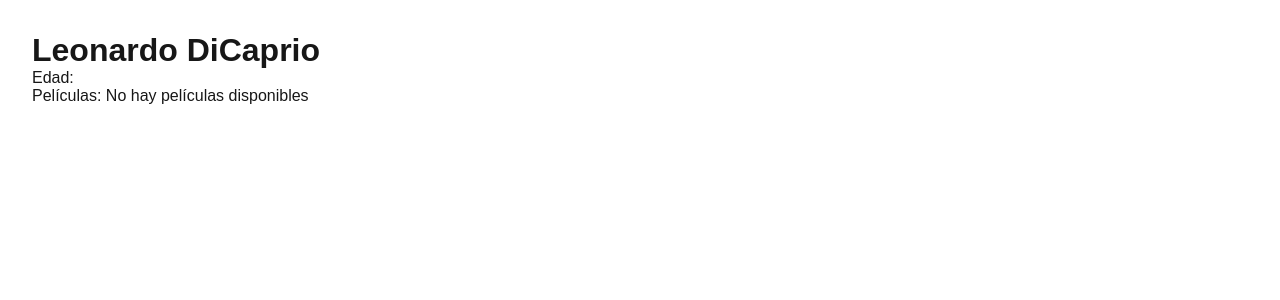
Repository: osoriomrs/ICS_IA
Page: /actors/a1 (app in ejer_11.1/)
These files come from the project's save history. The page is drawn as it stood at one moment and after the next save; the edit follows.
The browser window is 1280 px wide. The pictures show the whole page.
The project was rebuilt for these pictures with package versions that can differ from the ones it lists, and the page was loaded fresh each time. The framework's server and built-in components were replaced by stand-ins that run in the browser. Also part of the build but not shown: ejer_11.1/next.config.mjs.

Above is the page before, as saved 2026-02-04 12:20:49.

### ejer_11.1/app/actors/[actorId]/page.js
import { ACTORS } from '../../../lib/cinema';

export default async function ActorDetailPage({ params }) {
  const { actorId } = await params;

  const actor = ACTORS.find(a => a.id === actorId);

  if (!actor) {
    return <p>Actor no encontrado</p>;
  }

  return (
    <div style={{ padding: '2rem', fontFamily: 'sans-serif' }}>
      <h1>{actor.name}</h1>
      <p>Edad: {actor.age}</p>
      <p>
        Películas:{' '}
        {actor.movies && actor.movies.length > 0
          ? actor.movies.join(', ')
          : 'No hay películas disponibles'}
      </p>
    </div>
  );
}

### ejer_11.1/lib/cinema.js
export const MOVIES = [
  { id: '1', title: 'Inception', year: 2010, director: 'Christopher Nolan', synopsis: 'Un ladrón roba secretos a través de los sueños.' },
  { id: '2', title: 'Matrix', year: 1999, director: 'Lana y Lilly Wachowski', synopsis: 'Un hacker descubre la realidad simulada.' },
]

export const ACTORS = [
  { id: 'a1', name: 'Leonardo DiCaprio', birthYear: 1974, bio: 'Actor estadounidense famoso por Inception.' },
  { id: 'a2', name: 'Keanu Reeves', birthYear: 1964, bio: 'Actor canadiense conocido por Matrix.' },
]

export const ROLES = [
  { movieId: '1', actorId: 'a1', character: 'Dom Cobb' },
  { movieId: '2', actorId: 'a2', character: 'Neo' },
]

export function getAllMovies() {
  return MOVIES
}

export function getMovieById(id) {
  return MOVIES.find(m => m.id === id)
}

export function getAllActors() {
  return ACTORS
}

export function getActorById(id) {
  return ACTORS.find(a => a.id === id)
}

export function getCastByMovieId(movieId) {
  return ROLES.filter(r => r.movieId === movieId)
    .map(r => getActorById(r.actorId))
}

export function getFilmographyByActorId(actorId) {
  return ROLES.filter(r => r.actorId === actorId)
    .map(r => getMovieById(r.movieId))
}

Loaded but not shown: ejer_11.1/app/layout.js (common file); ejer_11.1/app/globals.css (common file)

After the next save:
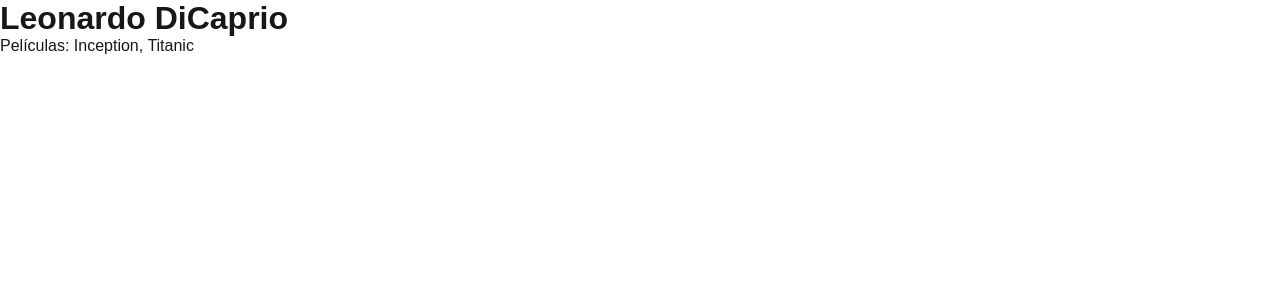
Saved 13 s later.
--- a/ejer_11.1/app/actors/[actorId]/page.js
+++ b/ejer_11.1/app/actors/[actorId]/page.js
@@ -1,23 +1,29 @@
-import { ACTORS } from '../../../lib/cinema';
+import Link from 'next/link';
 
-export default async function ActorDetailPage({ params }) {
-  const { actorId } = await params;
-
-  const actor = ACTORS.find(a => a.id === actorId);
-
-  if (!actor) {
-    return <p>Actor no encontrado</p>;
-  }
+export default function ActorDetailPage({ params }) {
+  const actor = {
+    name: "Leonardo DiCaprio",
+    movies: ["Inception", "Titanic"] // Esto vendría de tu API
+  };
 
   return (
-    <div style={{ padding: '2rem', fontFamily: 'sans-serif' }}>
+    <div>
       <h1>{actor.name}</h1>
-      <p>Edad: {actor.age}</p>
+
       <p>
         Películas:{' '}
-        {actor.movies && actor.movies.length > 0
-          ? actor.movies.join(', ')
-          : 'No hay películas disponibles'}
+        {actor.movies && actor.movies.length > 0 ? (
+          actor.movies.map((movieTitle, index) => (
+            <span key={movieTitle}>
+              <Link href={`/movies/${movieTitle.toLowerCase().replace(/\s/g, '-')}`}>
+                {movieTitle}
+              </Link>
+              {index < actor.movies.length - 1 && ', '}
+            </span>
+          ))
+        ) : (
+          'No hay películas disponibles'
+        )}
       </p>
     </div>
   );
